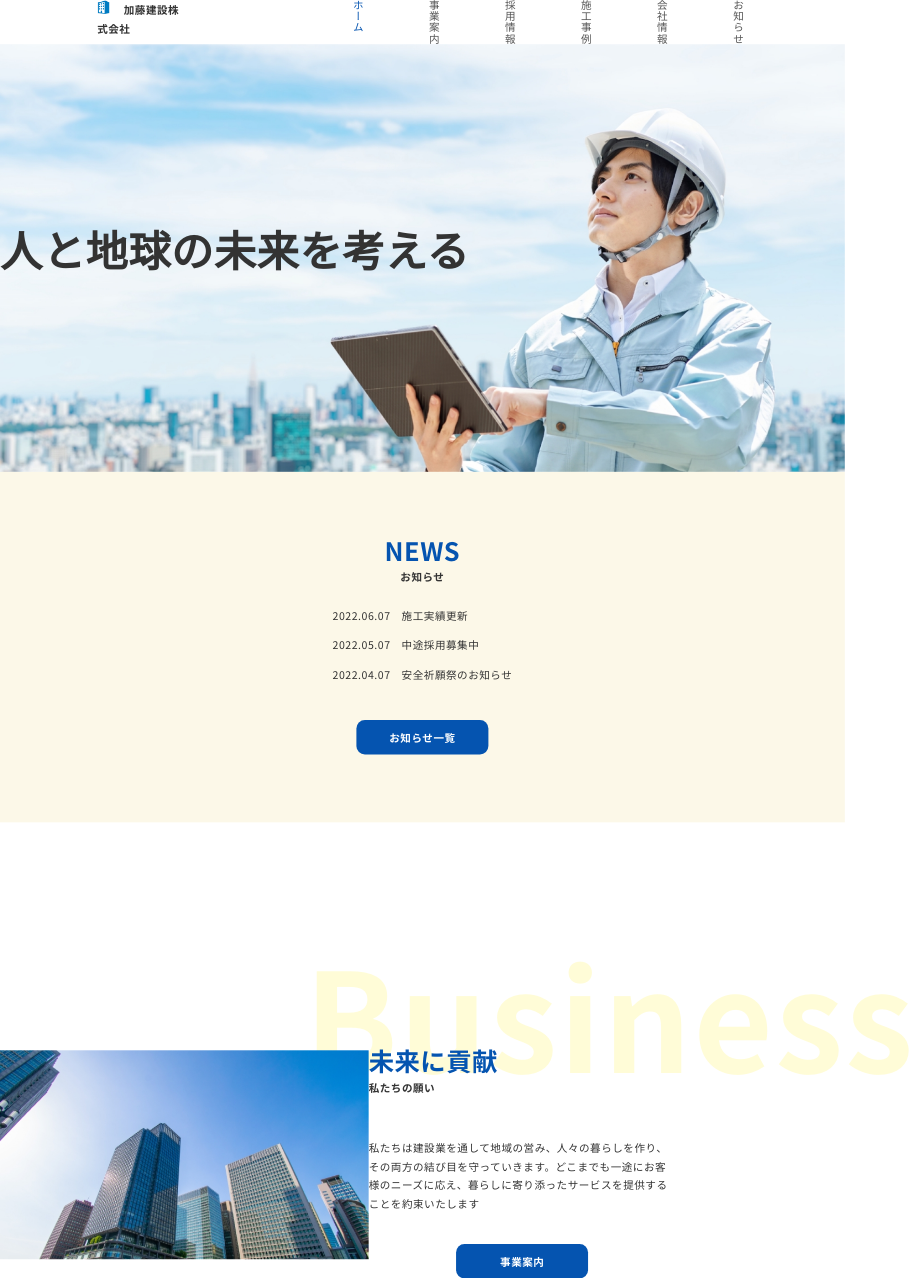
Repository: nozomi-23/hp1_test
Page: index.html
An editor plug-in stored every save of this project. The page is shown before and after the next save, followed by the edit.
The browser window is 1280 px wide. The page is 1387 px wide, so the pictures cover 1387 px, including what lies to the right of the window. The pictures show the whole page, at 66% of full size.

Above is the page before, as saved 2022-06-12 14:54:38.

### index.html
<!DOCTYPE html>
<html lang="ja">
<head>
<meta charset="UTF-8">
<title>加藤建設 株式会社</title>
<meta name="description" content="人と地球の未来を考える 加藤建設 株式会社">
<meta name="keywords" content="建築,土木,インフラ">
<meta name="viewport" content="width=device-width, initial-scale=1.0">
<meta property="og:title" content="建築依頼なら「加藤建設 株式会社」">
<meta property="og:type" content="article">
<meta property="og:url" content="https://withcode-plus.tech">
<meta property="og:image" content="img/logo.png">
<meta property="og:description" content="確かな技術力が自慢、インフラから地域貢献まで加藤建設にお任せ下さい">
<meta property="og:site_name" content="加藤建設 株式会社">
<link rel="icon" href="img/favicon.ico">
<link rel="apple-touch-icon" sizes="180x180" href="img/logo.png">
<link rel="preconnect" href="https://fonts.googleapis.com">
<link rel="preconnect" href="https://fonts.gstatic.com" crossorigin>
<link href="https://fonts.googleapis.com/css2?family=Noto+Sans+JP:wght@400;500;700&family=Noto+Serif+JP&display=swap"
  rel="stylesheet">
<link rel="stylesheet" type="text/css" href="css/reset.css">
<link rel="stylesheet" type="text/css" href="css/common1.css">
<link rel="stylesheet" type="text/css" href="css/index.css">
</head>
<body>
  <!-- =========header -->
  <header>
    <div class="header_wrapper">
      <div class="header_inner">
        <h1 class="header_left">加藤建設株式会社</h1>
        <nav class="header_right" >
          <ul class="header_list">
            <li><a href="#" class="color">ホーム</a></li>
            <li><a href="html/business.html">事業案内</a></li>
            <li><a href="html/recruit.html">採用情報</a></li>
            <li><a href="html/work.html">施工事例</a></li>
            <li><a href="html/company.html">会社情報</a></li>
            <li><a href="html/news.html">お知らせ</a></li>
          </ul>
        </nav>
      </div>
    </div>
  </header>
  <!-- =========main_view -->
  <main>
    <section class="main_wrapper">
      <div class="main_txt">
        <h3>人と地球の未来を考える</h3>
      </div>
    </section>
    <!-- =========news -->
    <section class="news section section_color">
      <div class="news_wrapper">
        <h2 class="title">NEWS<br>
          <small>お知らせ</small></h2>
        <ul class="news_list">
          <li>2022.06.07&emsp;施工実績更新</li>
          <li>2022.05.07&emsp;中途採用募集中</li>
          <li>2022.04.07&emsp;安全祈願祭のお知らせ</li>
        </ul>
        <div class="btn">
          <a href="html/news.html">お知らせ一覧</a>
        </div>
      </div>
    </section>
    <!-- =========business -->
    <section class="business section">
      <div class="business_wrapper">
        <div class="business_all">
          <div class="business_bg_wrapper">
            <div class="business_bg">
              <div class="business_bg_item">
                <p>Business</p>
              </div>
            </div>
          </div>
          <div class="business_block_wrapper">
            <div class="business_block_1">
              <img src="img/bussines_top.png" alt="事業案内画像">
            </div>
            <div class="business_block_2">
              <h2 class="title">未来に貢献<br>
                <small>私たちの願い</small>
              </h2>
              <p>私たちは建設業を通して地域の営み、人々の暮らしを作り、その両方の結び目を守っていきます。どこまでも一途にお客様のニーズに応え、暮らしに寄り添ったサービスを提供することを約束いたします</p>
              <div class="btn">
                <a href="html/business.html">事業案内</a>
              </div>
            </div>
          </div>
        </div>

      </div>
    </section>
  </main>
</body>
</html>

### css/reset.css
@charset "UTF-8";

html,
body,
div,
span,
object,
iframe,
h1,
h2,
h3,
h4,
h5,
h6,
p,
blockquote,
pre,
abbr,
address,
cite,
code,
del,
dfn,
em,
img,
ins,
kbd,
q,
samp,
small,
strong,
sub,
sup,
var,
b,
i,
dl,
dt,
dd,
ol,
ul,
li,
fieldset,
form,
label,
legend,
table,
caption,
tbody,
tfoot,
thead,
tr,
th,
td,
article,
aside,
canvas,
details,
figcaption,
figure,
footer,
header,
hgroup,
menu,
nav,
section,
summary,
time,
mark,
audio,
video {
  margin: 0;
  padding: 0;
  border: 0;
  outline: 0;
  font-size: 100%;
  vertical-align: baseline;
  background: transparent;
}

body {
  line-height: 1;
}

article,
aside,
details,
figcaption,
figure,
footer,
header,
hgroup,
menu,
nav,
section {
  display: block;
}

nav ul {
  list-style: none;
}

blockquote,
q {
  quotes: none;
}

blockquote:before,
blockquote:after,
q:before,
q:after {
  content: '';
  content: none;
}

a {
  margin: 0;
  padding: 0;
  font-size: 100%;
  vertical-align: baseline;
  background: transparent;
}

/* change colours to suit your needs */
ins {
  background-color: #ff9;
  color: #000;
  text-decoration: none;
}

/* change colours to suit your needs */
mark {
  background-color: #ff9;
  color: #000;
  font-style: italic;
  font-weight: bold;
}

del {
  text-decoration: line-through;
}

abbr[title],
dfn[title] {
  border-bottom: 1px dotted;
  cursor: help;
}

table {
  border-collapse: collapse;
  border-spacing: 0;
}

/* change border colour to suit your needs */
hr {
  display: block;
  height: 1px;
  border: 0;
  border-top: 1px solid #cccccc;
  margin: 1em 0;
  padding: 0;
}

input,
select {
  vertical-align: middle;
}

### css/common1.css
@charset "UTF-8";

body {
  color: #333;
  letter-spacing: 0.05em;
  line-height: 1.8;
  font-family: 'Noto Sans JP', sans-serif ,'Noto Serif JP', serif;
  word-break: break-all;
}
li {
  list-style: none;
}

a {
  text-decoration: none;
}
.section {
  padding: 8% 0;
  position: relative;
}


/* タイトル */
.title {
  color: #0554B0;
  font-weight: bold;
  font-size: 2.4rem;
  line-height: 0.8;
}
.title small {
  font-size: 1rem;
  color: #333;
}
/* ボタン */
.btn {
  background-color: #0554B0;
  width: 200px;
  margin: 0 auto;
  line-height: 2;
  border-radius: 0.8rem;
}
.btn a {
  display: block;
  color: #fff;
  font-weight: bold;
  padding: 5%;
  text-align: center;
}
.btn:hover {
  opacity: 0.5;
}

### css/index.css
@charset "UTF-8";

/* =================
header
===================*/
.header_wrapper {
  display: flex;
  justify-content: center;
}
.header_inner {
  width: 77%;
  display: flex;
  justify-content: space-between;

}
.header_list {
  display: table;
}
.header_list li {
  display: table-cell;
  writing-mode: vertical-rl;
}
.header_list li a {
  color: #555;
}
.header_list li a:hover {
  opacity: 0.5;
}
.header_list li a.color {
  color: #0554B0;
}

.header_left::before {
  content: "";
  background: url(../img/name_icon.png) no-repeat ;
  background-size: contain;
  width: 30%;
  height: 30%;
  z-index: 1;
  display: inline-block;
}

/* =================
main_view
===================*/
.main_wrapper {
  background: url(../img/top_img.png)no-repeat center;
  background-size: cover;
  width: 100%;
  height: 90vh;
}
.main_txt {
  font-size: 4rem;
  font-weight: normal;
  font-family: 'Noto Serif JP';
  position: relative;
  top: 40%;
}
/* =================
news
===================*/
.section_color {
  background-color: #FCF8E8;
}
.news {
  text-align: center;
  display: block;
}

.news_list {
  padding: 3%;
  text-align: left;
  display: inline-block;

}
.news_list li {
  margin-bottom: 1rem;
}
/* =================
business
===================*/
.business_all {
  position: relative;
}
.business_block_wrapper {
  width: 100%;
  height: auto;
  display: flex;
  justify-content: space-between;
  position: absolute;
  top: 65%;
}


.business_block_1 {
  width: 48%;
}
.business_block_1 img{
  width: 100%;
  height: auto;
}
.business_block_2 {
  width: 40%;
  margin-right: 20%;
}
.business_block_2 p {
  padding: 15% 0 10% 0;
}
.business_bg {
  width: 80%;
}
.business_bg_wrapper {
  width: 80%;
  margin-left: auto;
}
.business_bg_item {
  width: 100%;
  /* background-color: aqua; */
}
.business_bg {
  margin-left: auto;
}
.business_bg_item p {
  color: rgba(255, 245, 109, 0.27);
  font-size: 13rem;
  font-weight: 700;
  white-space: nowrap;
  letter-spacing: 0.2rem;
  }

After the next save:
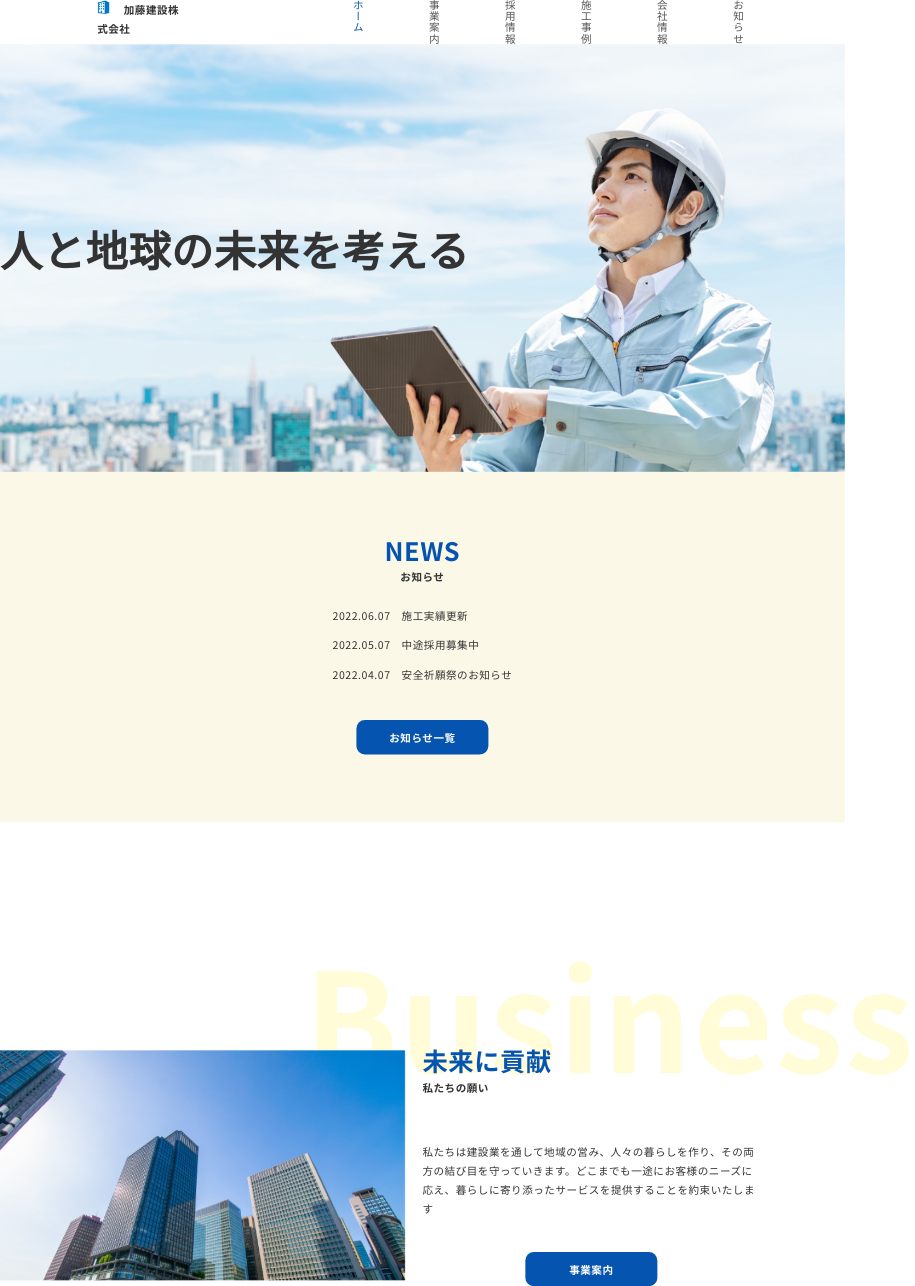
Saved 9 s later.
--- a/css/index.css
+++ b/css/index.css
@@ -101,7 +101,7 @@ business
 }
 .business_block_2 {
   width: 40%;
-  margin-right: 20%;
+  margin-right: 10%;
 }
 .business_block_2 p {
   padding: 15% 0 10% 0;
